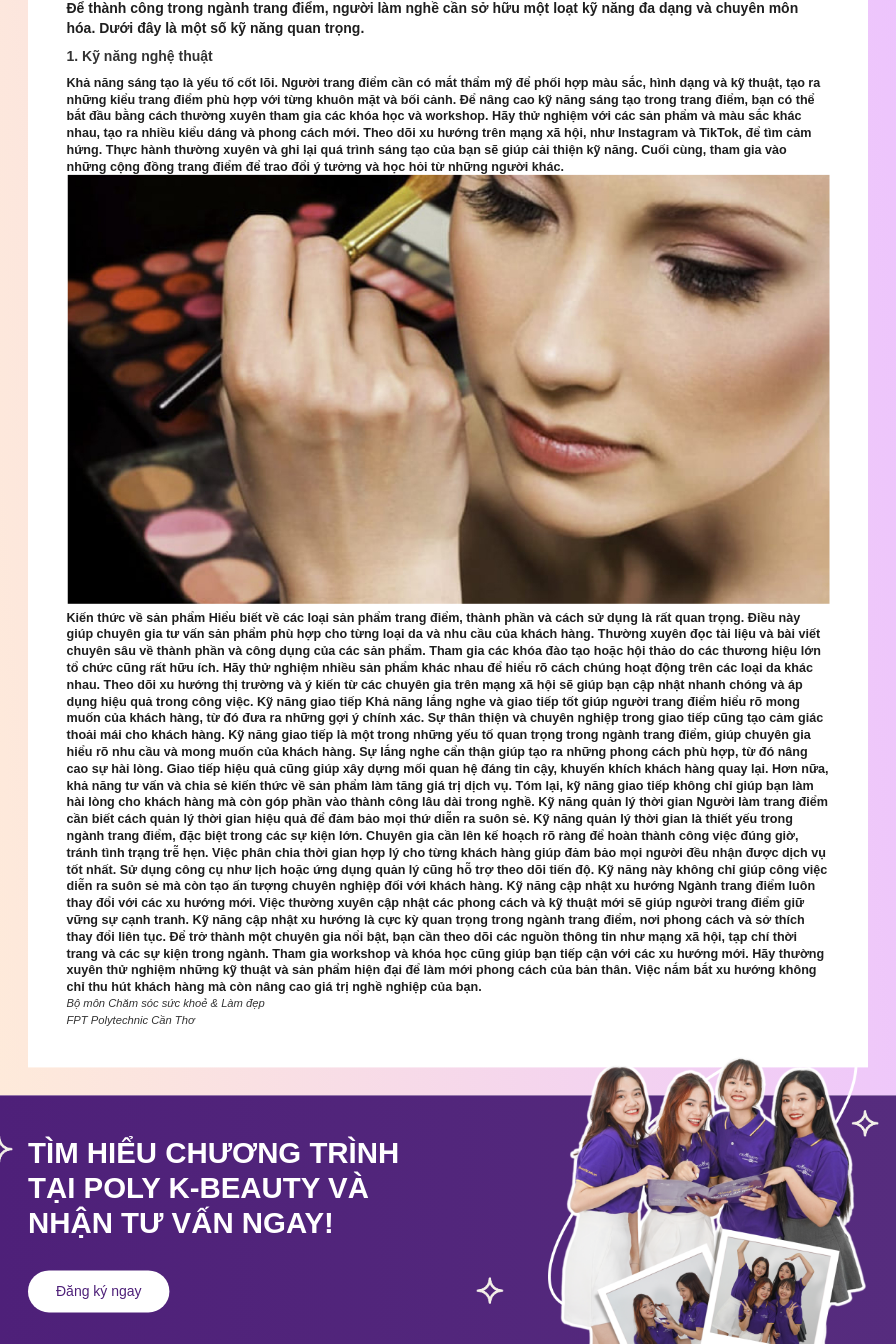
Repository: dinhtri123/k_beauty
Page: detail.html
The author's editor kept a copy of each file at every save. The page is drawn from the files as they stood at one save, then again after the next save.
The browser window is 1280 px wide. The pictures show the part of the page from y = 747 to 2667 px (the page is 3597 px tall before and 3369 px after), at 70% of full size.
Some web fonts or font styles are not loaded; a fallback is used.

Above is the page before, as saved 2024-12-25 20:33:28.

After the next save:
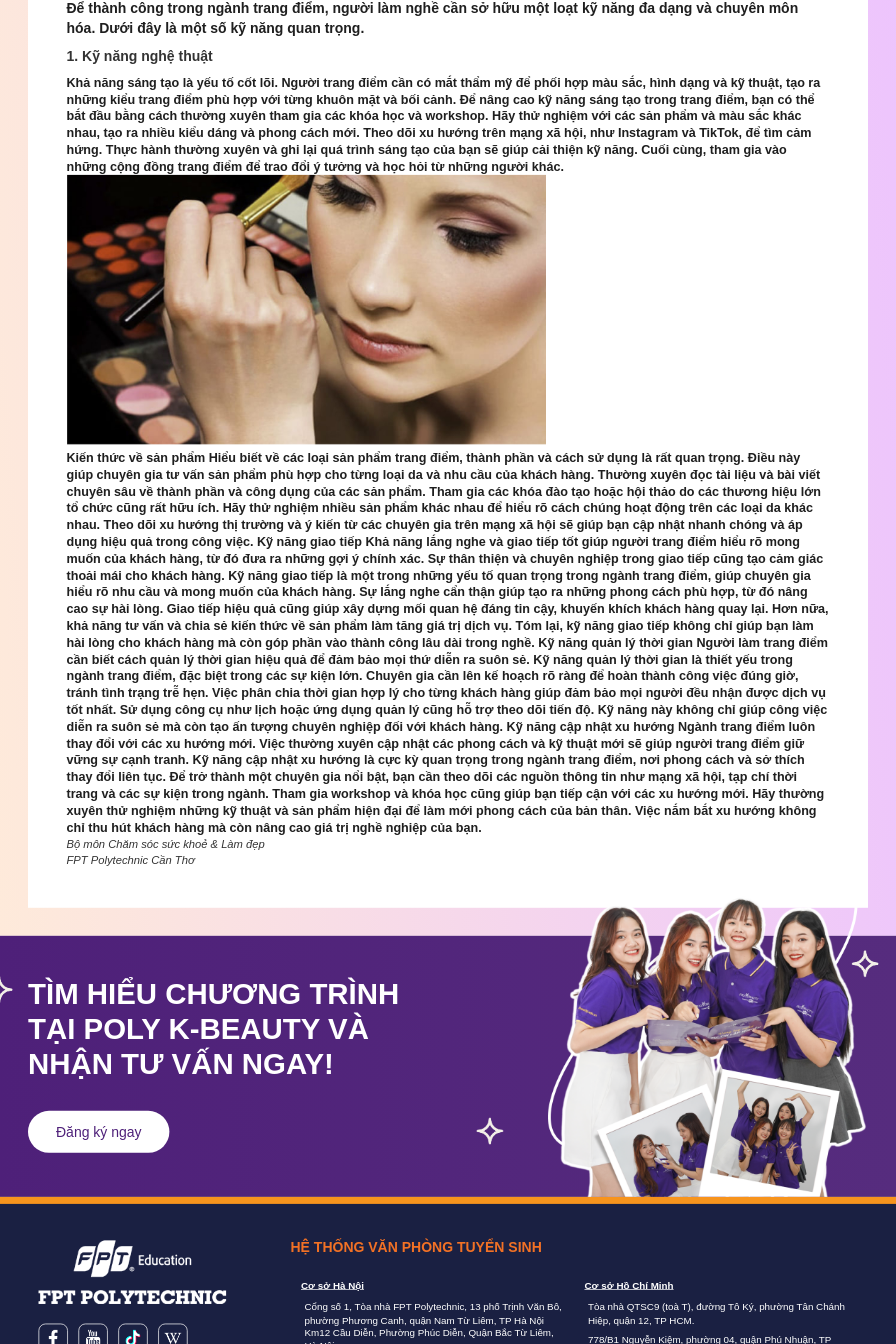
Saved 9 s later.
--- a/css/detail.css
+++ b/css/detail.css
@@ -66,5 +66,6 @@
   font-weight: 590;
 }
 .detail-content img {
-  max-width: ;
+  max-width: 685px;
+  margin: 0px auto;
 }
